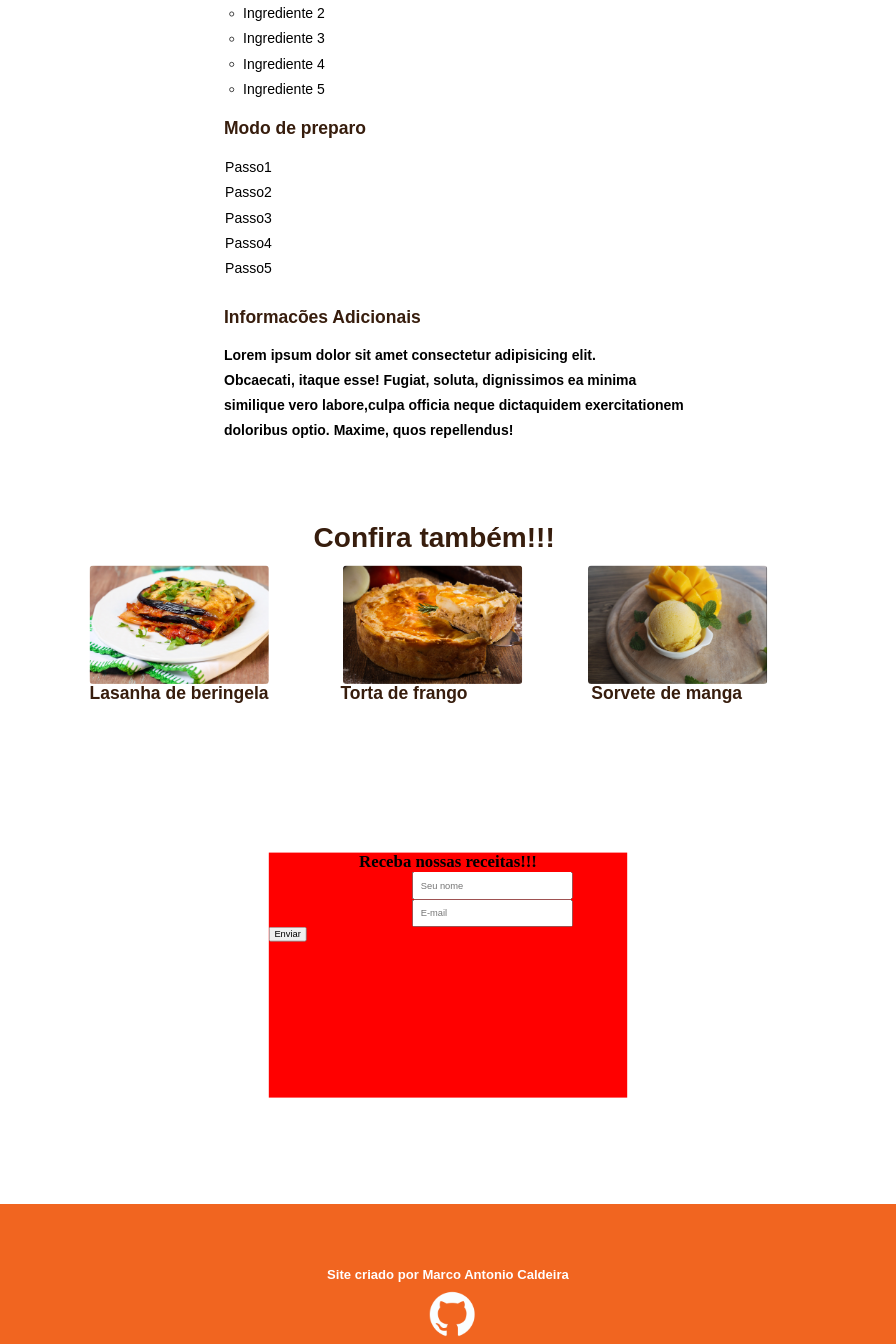
Repository: MarcoantonioCaldeira/Aprendizados-e-Conhecimentos
Page: Receitas da Casa/index.html
The author's editor kept a copy of each file at every save. The page is drawn from the files as they stood at one save, then again after the next save.
The browser window is 1280 px wide. The pictures show the part of the page from y = 860 to 2780 px (the page is 2780 px tall), at 70% of full size.

Above is the page before, as saved 2022-05-31 15:41:43.

### Receitas da Casa/index.html
<!DOCTYPE html>
<html>
    <head>
    <meta charset="utf-8">
    <title>Receitas do Marco</title>
    <link rel="stylesheet" text="css" href="css/estilo.css">
    <link rel="stylesheet" text="css" href="css/fonts.css">
    <style>

    </style>
    </head>
    <body>
        <header id="topo">
            <img id="logo" src="imagens/logo.png">
            <li class="li-topo">
                <ul class="ul-topo"><a href="#topo">Home</a></ul>
                <ul class="ul-topo"><a href="#outras_receitas">Receitas</a></ul>
                <ul class="ul-topo">Contato</ul>
            </li>
        </header>
        <main id="corpo">
            <h1 class="titulo-receita">Risoto de Camarão</h1>
            <figure>
                <img class="img_receita" src="imagens/imagem_receita.jpg">
            </figure>
            <article>

                <h3 class="text_article">Ingredientes</h3>
                <ul class="text_ul">
                     <li>Ingrediente 1</li>
                     <li>Ingrediente 2</li>
                     <li>Ingrediente 3</li>
                     <li>Ingrediente 4</li>
                     <li>Ingrediente 5</li>
                </ul>

               <h3 class="text_article_2">Modo de preparo</h3>
               <li class="text_ul_2">
                   <ul>Passo1</ul>
                   <ul>Passo2</ul>
                   <ul>Passo3</ul>
                   <ul>Passo4</ul>
                   <ul>Passo5</ul>
               </li>

               <h3 class="text_article_3">Informacões Adicionais</h3>
               <h3 class="text">Lorem ipsum dolor sit amet consectetur adipisicing elit.<br>
                Obcaecati, itaque esse! Fugiat, soluta, dignissimos ea minima<br> similique vero
                labore,culpa officia neque dictaquidem exercitationem <br>doloribus optio. Maxime, quos
                repellendus!</h3>


               <h1 class="h1_informacoes">Confira também!!!</h1>
               <div id="outras_receitas">

                      <img class="img_receita1" src="imagens/lazanha_de_beringela.jpg">
                      <h3 class="h3_receita_1">Lasanha de beringela</h3>

                      <img class="img_receita2" src="imagens/torta_de_frango.jpg">
                      <h3 class="h3_receita_2">Torta de frango</h3>

                      <img class="img_receita3" src="imagens/sorvete-manga.jpg">
                      <h3 class="h3_receita_3">Sorvete de manga</h3>

               </div>

               <div id="contato">
                      <h1>Receba nossas receitas!!!</h1>

                      <input class="input_group" type="text" name="nome" placeholder="Seu nome">

                      <input class="input_group" type="text" name="email" placeholder="E-mail">

                      <button>Enviar</button>
               </div>

            </article>
        </main>
        <footer id="rodape">
            <div class="agradecimentos-rodape">
                <h3>Site criado por Marco Antonio Caldeira</h3>
                <a href="https://github.com/MarcoantonioCaldeira"><img class="logoGit" src="imagens/github_logo.png"></a>
            </div>
        </footer>
    </body>
</html>

### Receitas da Casa/css/estilo.css
* {
    margin: 0;
}

#topo{
  width: 100%;
  background-color:rgb(241, 101, 32);
  height: 80px;
}

#logo{
  width: 13%;


}

.titulo_logo{
  position: relative;
  font-family: arial;
  font-size:30px;
  color:white;
  left:-40%;
}

#corpo{
  width: 100%;
  height: 2500px;
  background-color: white;
}

.img_receita{
  position:relative;
  border-radius: 5px;
  margin-left: 25%;
  margin-top: 12%;
  width:50%;
}

#outras_receitas{
  width: 100%;
  height: 300px;
  background-color:white;
}

#contato{
  position:relative;
  background-color:red;
  width:40%;
  margin-top:10%;
  left:30%;
  height:350px;
}

.input_group{
  position:relative;
  padding:2%;
  left:40%;
  display: block;
  width: 40%;
}

.img_receita1{
  position:relative;
  left:10%;
  top:6%;
  border-radius:5px;
  width:20%;
}

.img_receita2{
  position:relative;
  left: 18%;
  top:6%;
  border-radius:5px;
  width:20%;
}

.img_receita3{
  position:relative;
  left: 25%;
  top:6%;
  border-radius:5px;
  width:20%;
}


#rodape{
  background-color: rgb(241, 101, 32);
  width: 100%;
  height: 200px;
}

.agradecimentos-rodape{
  position: relative;
  top: 45%;
  color:white;
  font-family: arial;
  text-align: center;
}

.logoGit{
  position: absolute;
  width: 5%;
  left:48%;
  top: 35px;
}

### Receitas da Casa/css/fonts.css
h1{
  text-align: center;
}

.li-topo{
  position:relative;
  background-color: rgb(241, 101, 32);
  list-style: none;
  height: 40px;
  width: 30%;
  margin-left: 16%;
  margin-top: -11%;
}

.ul-topo{
  display: inline;
  font-family: arial;
  color:rgb(246, 246, 246);
  font-size:18px;
}

.titulo-receita{
  position: relative;
  font-size: 40px;
  font-family: arial;
  top:6%;
  color:rgb(55, 29, 13);
}

.text_article{
  position:absolute;
  display: inline;
  left:25%;
  margin-top: 5%;
  color:rgb(55, 29, 13);
  font-size: 25px;
  font-family: arial;
}

.text_ul{
  position:absolute;
  font-size: 20px;
  line-height: 1.8;
  list-style-type:circle;
  margin-top:9%;
  left:24%;
  display:inline-block;
  font-family: arial;
}

.text_article_2{
  position:absolute;
  display: inline;
  left:25%;
  margin-top: 25%;
  color:rgb(55, 29, 13);
  font-size: 25px;
  font-family: arial;
}

.text_ul_2{
  position:absolute;
  font-size: 20px;
  line-height: 1.8;
  list-style-type:circle;
  margin-top:29%;
  left:22%;
  display:inline-block;
  font-family: arial;
}

.text_article_3{
  position:absolute;
  display: inline;
  left:25%;
  margin-top: 46%;
  color:rgb(55, 29, 13);
  font-size: 25px;
  font-family: arial;
}

.text{
  position:absolute;
  font-size: 20px;
  line-height: 1.8;
  margin-top:50%;
  left:25%;
  display:inline-block;
  font-family: arial;
}

.h1_informacoes{
  position: relative;
  font-size: 40px;
  font-family: arial;
  left:35%;
  margin-top:70%;
  display:inline-block;
  color:rgb(55, 29, 13);
}

.h3_receita_1{
  position:absolute;
  font-family: arial;
  color:rgb(55, 29, 13);
  font-size: 25px;
  left: 10%;
  margin-top:1%;
}

.h3_receita_2{
  position:absolute;
  font-family: arial;
  color:rgb(55, 29, 13);
  left:38%;
  font-size: 25px;
  margin-top: 1%;
}

.h3_receita_3{
  position:absolute;
  font-family: arial;
  color:rgb(55, 29, 13);
  left:66%;
  font-size: 25px;
  margin-top: 1%;
}

After the next save:
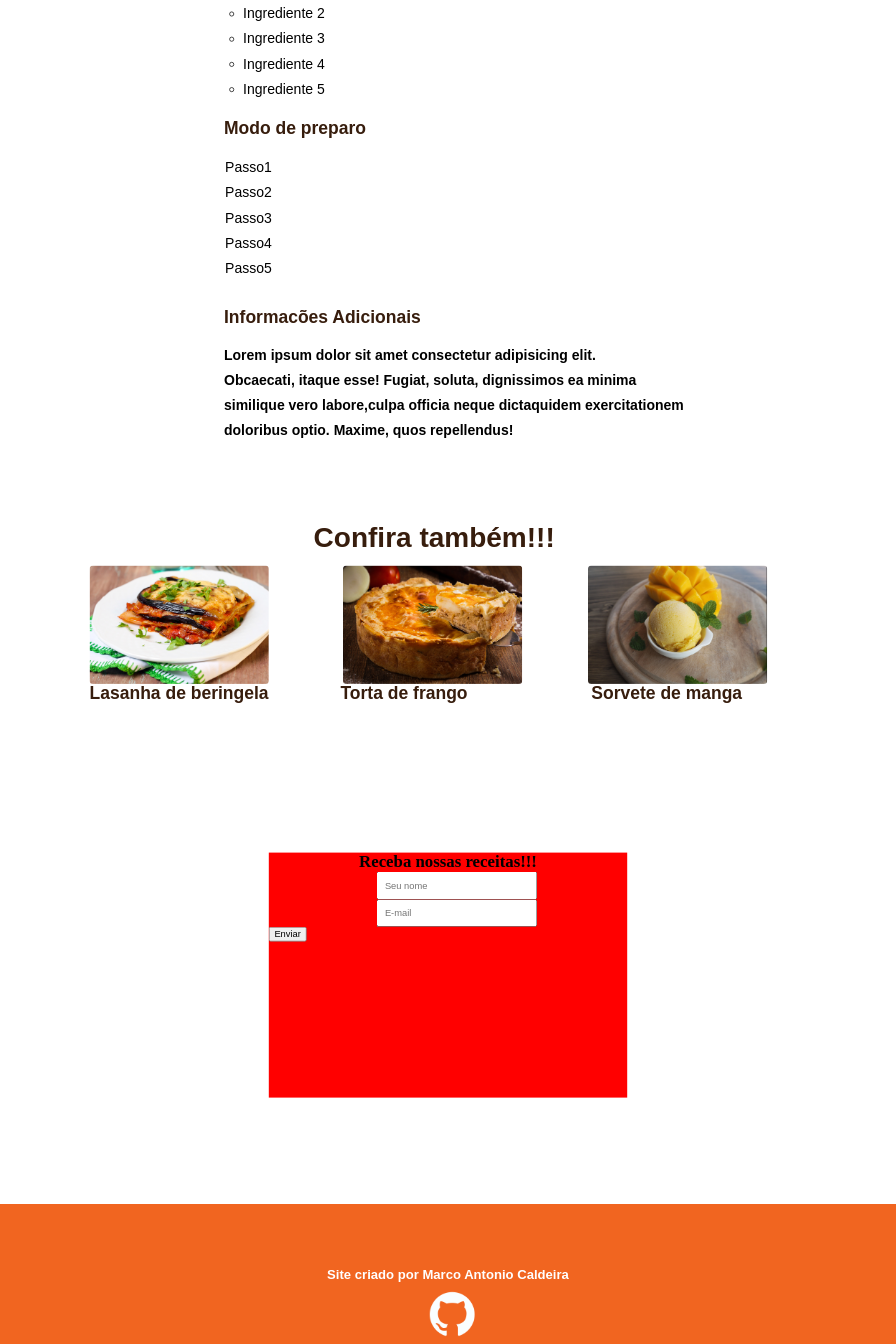
Saved 6 s later.
--- a/Receitas da Casa/css/estilo.css
+++ b/Receitas da Casa/css/estilo.css
@@ -54,7 +54,7 @@
 .input_group{
   position:relative;
   padding:2%;
-  left:40%;
+  left:30%;
   display: block;
   width: 40%;
 }
